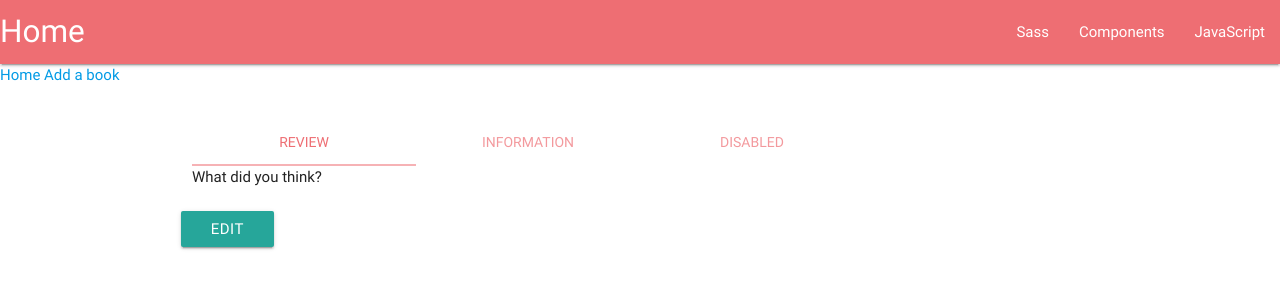
Repository: h8130084/bookReview
Page: templates/bookdetails.html
The author's editor kept a record of every edit. The page is drawn from the files as they stood at one moment, then again after the next edit.
The browser window is 1280 px wide. The pictures show the whole page.
Some web libraries are served in a nearby version. The page is served by the project's application, run on Flask 3 (app.py). The template is opened directly, without the code that normally fills it, so the values that code supplies are empty.

Above is the page before.
Console error: ReferenceError: M is not defined

After the next edit:
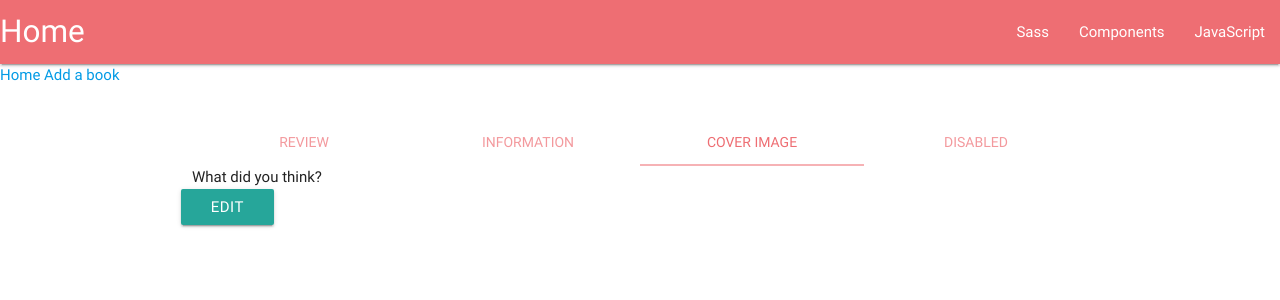
The edit:
--- a/templates/bookdetails.html
+++ b/templates/bookdetails.html
@@ -8,7 +8,7 @@
             <li class="tab col s3"><a href="#test3">Review</a></li>
 
             <li class="tab col s3"><a href="#test2">Information</a></li>
-
+            <li class="tab col s3"><a class="active" href="#test1">Cover Image</a></li>
             <li class="tab col s3 disabled"><a href="#test4"> disabled</a></li>
         </ul>
     </div>
